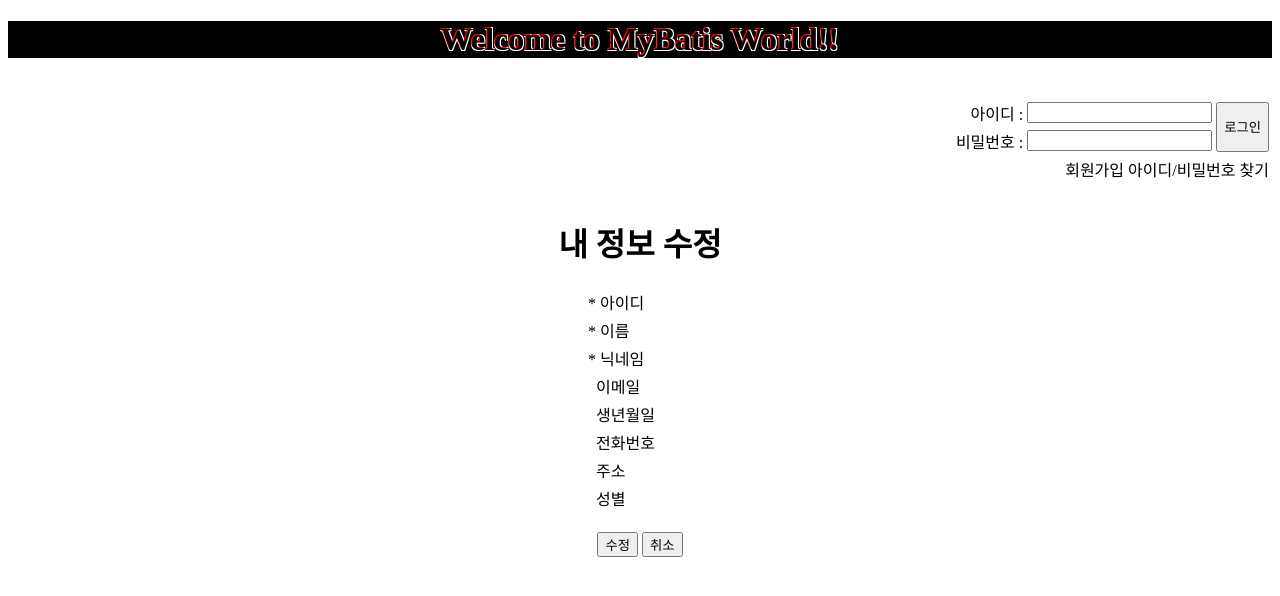
Repository: SoulJ-K/myBatis
Page: http://localhost/1_MyBatis/views/member/memberUpdateForm.jsp
An editor plug-in stored every save of this project. The page is shown before and after a run of saves, followed by the edit.
The browser window is 1280 px wide. The pictures show the whole page.
The page is served by Tomcat 9. Other server files are loaded and not shown.

Above is the page before, as saved 2020-05-06 16:09:05.

### 1_MyBatis/WebContent/views/member/memberUpdateForm.jsp
<%@ page language="java" contentType="text/html; charset=UTF-8"
    pageEncoding="UTF-8"%>
<!DOCTYPE html>
<html>
<head>
<meta charset="UTF-8">
<title>Insert title here</title>
<style>
	#infoTable{margin: auto;}
</style>
</head>
<body>
	<jsp:include page="../common/menubar.jsp"/>
	<h1 align="center">내 정보 수정</h1>
	<form action="${ contextPath }/mupdate.me" method="post">
		<table id="infoTable">
			<tr>
				<td width="100px">* 아이디</td>
				<td></td>
			</tr>
			<tr>
				<td>* 이름</td>
				<td></td>
			</tr>
			<tr>
				<td>* 닉네임</td>
				<td></td>
			</tr>
			<tr>
				<td> &nbsp;&nbsp;이메일</td>
				<td></td>
			</tr>
			<tr>
				<td> &nbsp;&nbsp;생년월일</td>
				<td></td>
			</tr>
			<tr>
				<td> &nbsp;&nbsp;전화번호</td>
				<td></td>
			</tr>
			<tr>
				<td> &nbsp;&nbsp;주소</td>
				<td></td>
			</tr>
			<tr>
				<td> &nbsp;&nbsp;성별</td>
				<td></td>
			</tr>
			<tr>
				<td colspan="2">
					<div align="center">
						<br>
						<input type="submit" value="수정">
						<button type="reset">취소</button>
					</div>
				</td>
			</tr>
		</table>
	</form>
</body>
</html>

### 1_MyBatis/WebContent/views/common/menubar.jsp
<%@ page language="java" contentType="text/html; charset=UTF-8"
    pageEncoding="UTF-8"%>
<%@ taglib prefix="c" uri="http://java.sun.com/jsp/jstl/core" %>
<!DOCTYPE html>
<html>
<head>
<meta charset="UTF-8">
<script src="${ contextPath }/js/jquery-3.4.1.min.js"></script>
<title>Insert title here</title>
<style>
	#welcome{background: black; text-shadow: -1px -1px 0 red, 1px -1px 0 white, -1px 1px 0 white, 1px 1px 0 white;}
	.login-area {height:100px;}
	.btn-login {height:50px;}
	.loginTable{text-align: right; float: right;}
	#logoutBtns>a{text-decoration: none; color: black;}
	#logoutBtns>a:hover{text-decoration: underline; font-weight: bold;}
</style>
</head>
<body>

	<c:set var="contextPath" value="${ pageContext.request.contextPath }" scope="application"/>
	<h1 id="welcome" align="center">Welcome to MyBatis World!!</h1>
		<br>


		<!-- ----------------------1. 회원 관련 서비스 -------------------------- -->
		<div class="login-area">
			<c:if test="${ empty sessionScope.loginUser }">
				<!-- 1_1. 로그인 관련 폼 만들기 -->
				<form action="${ contextPath }/login.me" method="post">
					<table class="loginTable">
						<tr>
							<td>아이디 : </td>
							<td>
								<input type="text" name="userId">
							</td>
							<td rowspan="2">
								<button id="login-btn" class="btn btn-login">로그인</button>
							</td>
						</tr>
						<tr>
							<td>비밀번호 : </td>
							<td>
								<input type="password" name="userPwd">
							</td>
						</tr>
						<tr>
							<td colspan="3" id="logoutBtns">
								<a href="${ contextPath }/views/member/memberInsertForm.jsp">회원가입</a>
								<a href="${ contextPath }/views/member/findMemberForm.jsp">아이디/비밀번호 찾기</a>
							</td>
						</tr>
					</table>
				</form>
			</c:if>

			<c:if test="${ !empty sessionScope.loginUser }">
				<table class="loginTable">
					<tr>
						<td colspan="2"><h3>${ loginUser.userName }님 환영합니다.</h3></td>
					</tr>
					<tr>
						<td>
							<button onclick="location.href='${ contextPath }/info.me'">내 정보 보기</button>
						</td>
					</tr>
					<tr>
						<td>
							<button onclick="location.href='${ contextPath }/logout.me'">로그아웃</button>
						</td>
					</tr>
				</table>
			</c:if>
		</div>

		<script>
			function home(){
				location.href="index.jsp";
			}
		</script>
</body>
</html>

Loaded but not shown: 1_MyBatis/WebContent/js/jquery-3.4.1.min.js (library)

After the next 2 saves:
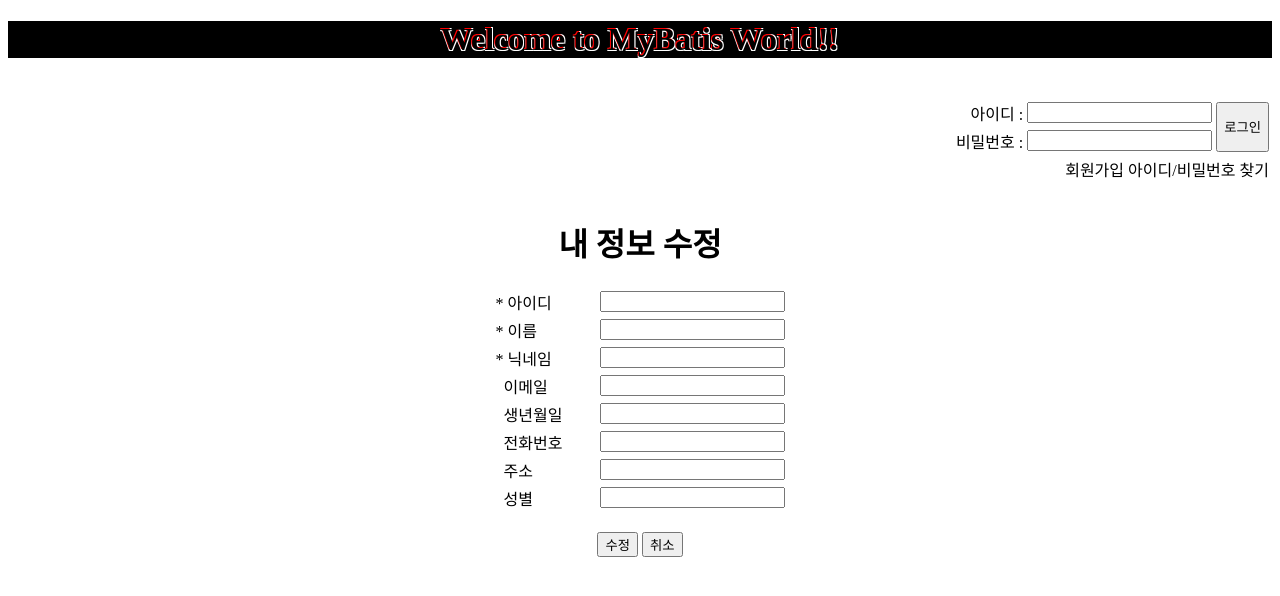
The 2 saves are shown as one change because 1 did not build or start.
The last was saved 2 min 50 s later.
--- a/1_MyBatis/WebContent/views/member/memberUpdateForm.jsp
+++ b/1_MyBatis/WebContent/views/member/memberUpdateForm.jsp
@@ -16,35 +16,35 @@
 		<table id="infoTable">
 			<tr>
 				<td width="100px">* 아이디</td>
-				<td></td>
+				<td><input type="text" name="userId" value="${ member.userId }" class="st"></td>
 			</tr>
 			<tr>
 				<td>* 이름</td>
-				<td></td>
+				<td><input type="text" name="userName" value="${ member.userName }" class="st"></td>
 			</tr>
 			<tr>
 				<td>* 닉네임</td>
-				<td></td>
+				<td><input type="text" name="nickName" value="${ member.nickName }" class="st"></td>
 			</tr>
 			<tr>
 				<td> &nbsp;&nbsp;이메일</td>
-				<td></td>
+				<td><input type="text" name="email" value="${ member.email }" class="st"></td>
 			</tr>
 			<tr>
 				<td> &nbsp;&nbsp;생년월일</td>
-				<td></td>
+				<td><input type="text" name="birthDay" value="${ member.birthDay }" class="st"></td>
 			</tr>
 			<tr>
 				<td> &nbsp;&nbsp;전화번호</td>
-				<td></td>
+				<td><input type="text" name="phone" value="${ member.phone }" class="st"></td>
 			</tr>
 			<tr>
 				<td> &nbsp;&nbsp;주소</td>
-				<td></td>
+				<td><input type="text" name="address" value="${ member.address }" class="st"></td>
 			</tr>
 			<tr>
 				<td> &nbsp;&nbsp;성별</td>
-				<td></td>
+				<td><input type="text" name="gender" value="${ member.gender }" class="st"></td>
 			</tr>
 			<tr>
 				<td colspan="2">
